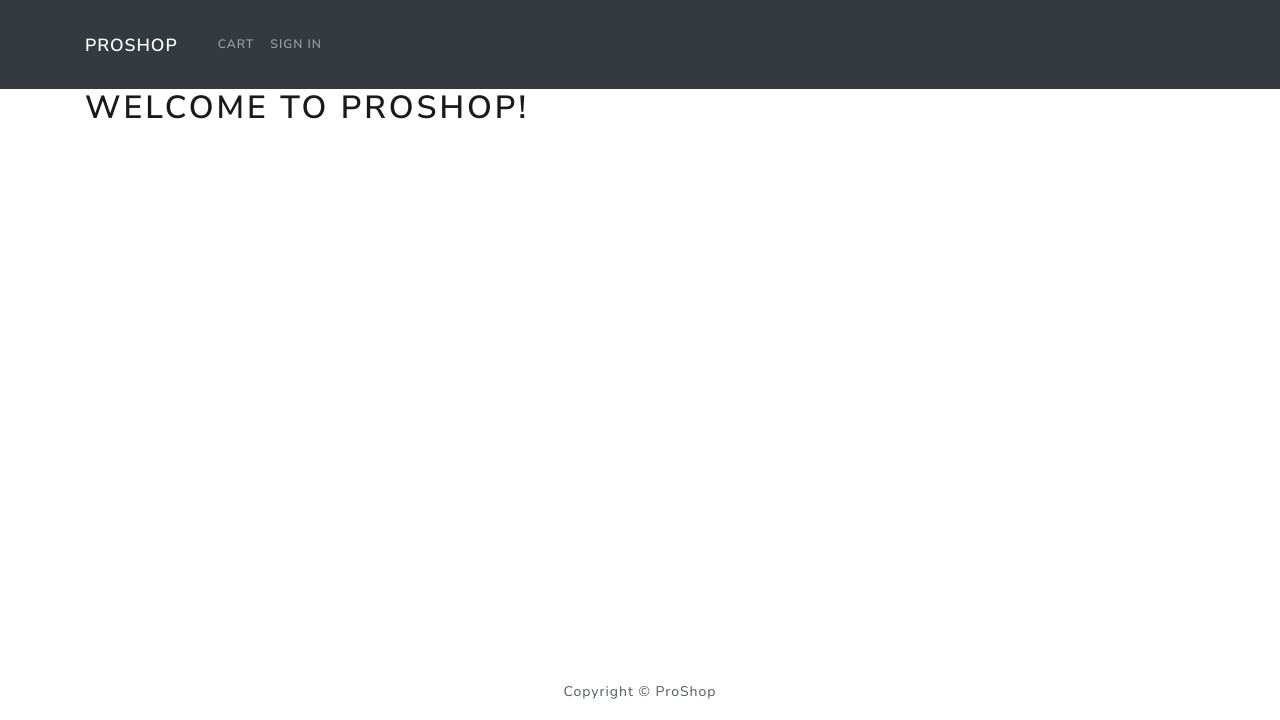
Repository: Lithium87/proshop
Page: / (app in frontend/)
The author's editor kept a copy of each file at every save. The page is drawn from the files as they stood at one save, then again after the next save.
The browser window is 1280 px wide. The pictures show the whole page.
The project was rebuilt for these pictures with package versions that can differ from the ones it lists, and the page was loaded fresh each time.

Above is the page before, as saved 2021-09-08 22:08:44.

### frontend/public/index.html
<!DOCTYPE html>
<html lang="en">

<head>
    <meta charset="utf-8" />
    <link rel="icon" href="%PUBLIC_URL%/favicon.ico" />
    <meta name="viewport" content="width=device-width, initial-scale=1" />
    <meta name="theme-color" content="#000000" />
    <meta name="description" content="Find the best products for the cheapest prices" />
    <link rel="apple-touch-icon" href="%PUBLIC_URL%/logo192.png" />
    <link rel="manifest" href="%PUBLIC_URL%/manifest.json" />

    <title>Welcome to ProShop</title>
</head>

<body>
    <noscript>You need to enable JavaScript to run this app.</noscript>
    <div id="root"></div>
</body>

</html>

### frontend/src/App.js
import React from 'react';
import {Container} from 'react-bootstrap';
import Header from './components/Header';
import Footer from './components/Footer';

const App = () => {
  return (
    <>
      <Header />
      <main>
        <Container>
          <h1>Welcome to ProShop!</h1>
        </Container>
      </main>
      <Footer />
    </>
  );
}

export default App;

### frontend/src/components/Header.js
import React from 'react';
import {Navbar, Nav, Container} from 'react-bootstrap';

const Header = () => {
    return (
        <header>
            <Navbar bg="dark" variant="dark" expand="lg" collapseOnSelect>
                <Container>
                    <Navbar.Brand href="/">ProShop</Navbar.Brand>
                    <Navbar.Toggle aria-controls="basic-navbar-nav" />
                    <Navbar.Collapse id="basic-navbar-nav">
                    <Nav className="me-auto">
                        <Nav.Link href="/cart">Cart</Nav.Link>
                        <Nav.Link href="/login">Sign In</Nav.Link>
                    </Nav>
                    </Navbar.Collapse>
                </Container>
            </Navbar>
        </header>
    )
}

export default Header

### frontend/src/components/Footer.js
import React from 'react';
import {Container, Row, Col} from 'react-bootstrap';

const Footer = () => {
    return (
        <footer>
            <Container>
                <Row>
                    <Col className='text-center py-3'>
                        Copyright &copy; ProShop
                    </Col>
                </Row>
            </Container>
        </footer>
    )
}

export default Footer

Loaded but not shown: frontend/src/index.js (common file); frontend/src/bootstrap.min.css (library); frontend/src/index.css (common file); frontend/src/reportWebVitals.js (common file)

After the next save:
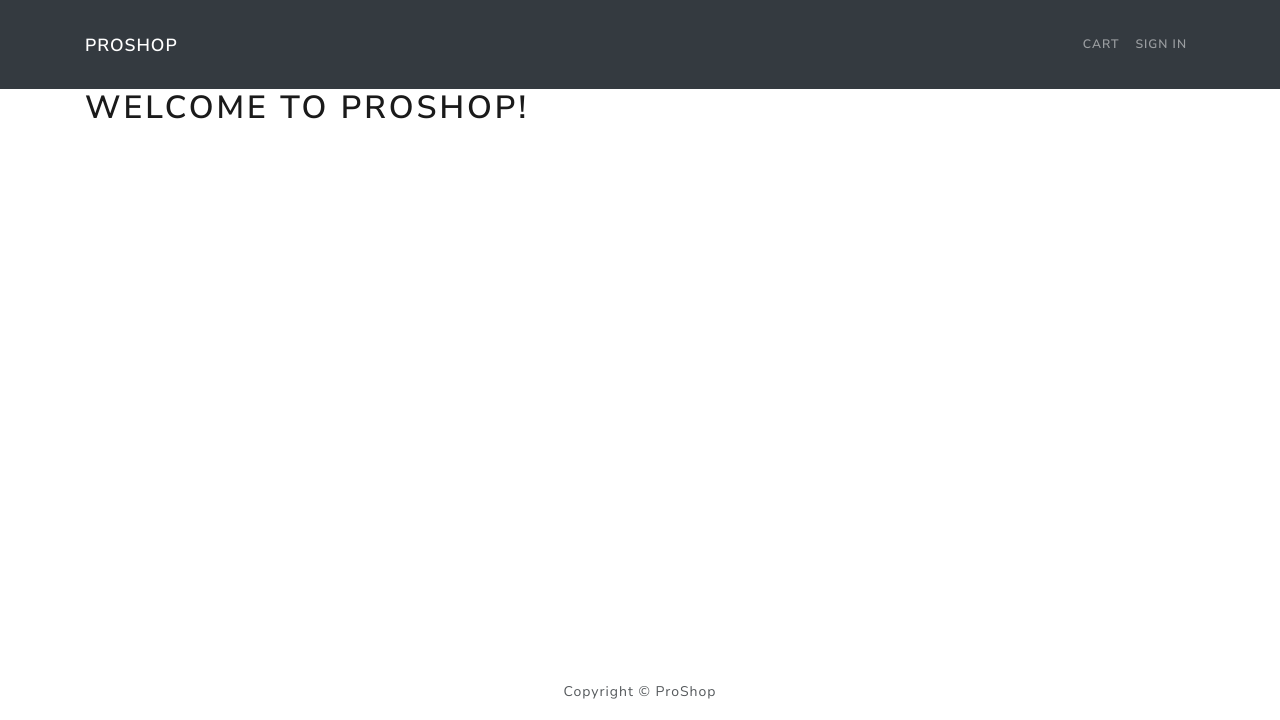
Saved 22 s later.
--- a/frontend/src/components/Header.js
+++ b/frontend/src/components/Header.js
@@ -9,7 +9,7 @@
                     <Navbar.Brand href="/">ProShop</Navbar.Brand>
                     <Navbar.Toggle aria-controls="basic-navbar-nav" />
                     <Navbar.Collapse id="basic-navbar-nav">
-                    <Nav className="me-auto">
+                    <Nav className="ml-auto">
                         <Nav.Link href="/cart">Cart</Nav.Link>
                         <Nav.Link href="/login">Sign In</Nav.Link>
                     </Nav>
